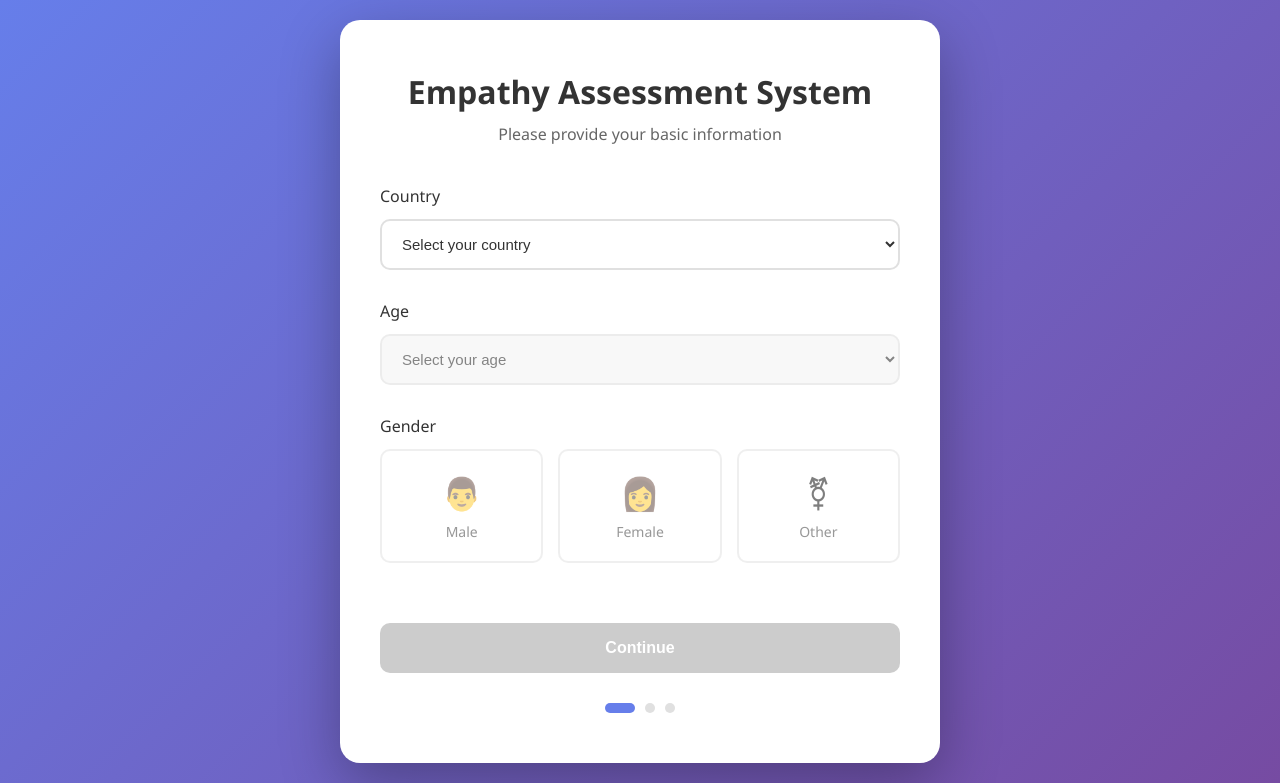
Repository: Matsuyou-Wang/MPES-system
Page: user-info.html
These files come from the project's save history. The page is drawn as it stood at one moment and after the next save; the edit follows.
The browser window is 1280 px wide. The pictures show the whole page.

Above is the page before, as saved 2025-11-25 13:15:09.

After the next save:
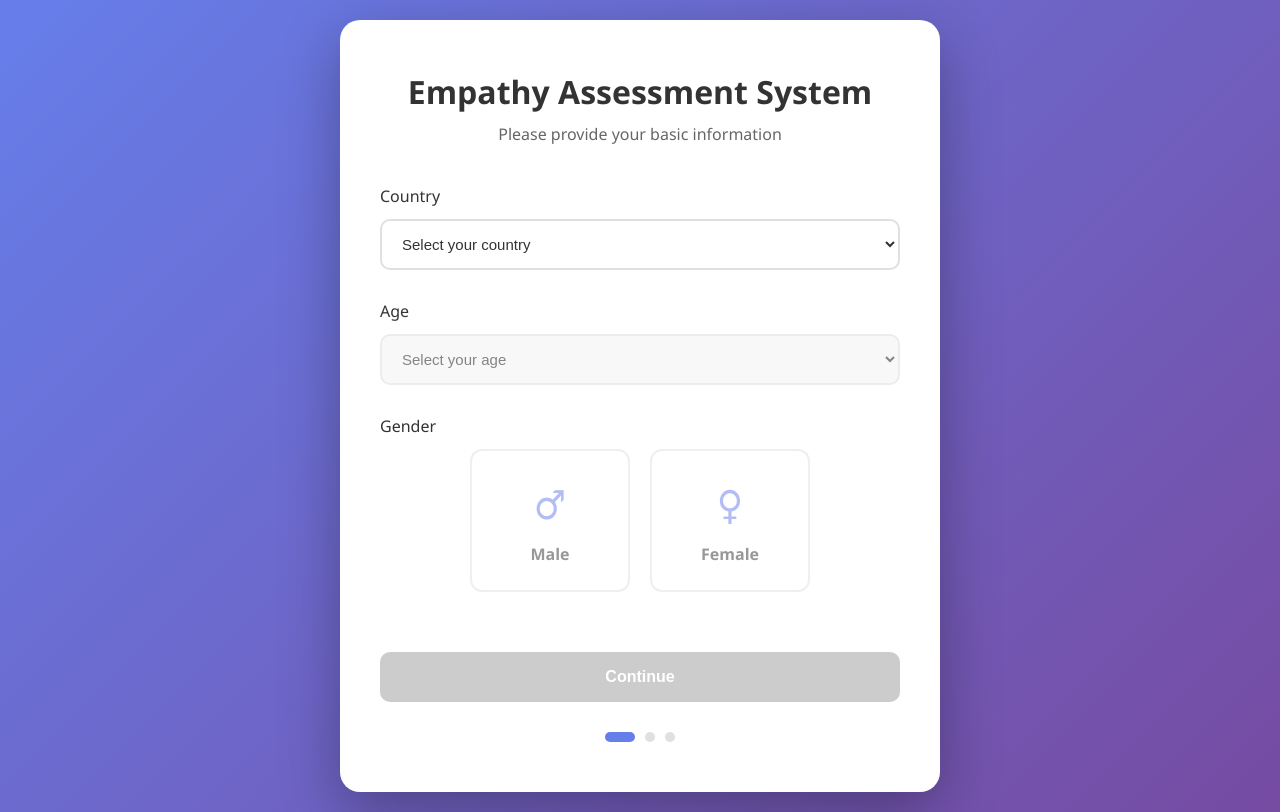
Saved 65 s later.
--- a/user-info.html
+++ b/user-info.html
@@ -139,15 +139,16 @@
 
         .gender-options {
             display: flex;
-            gap: 15px;
+            gap: 20px;
             justify-content: center;
             margin-top: 10px;
         }
 
         .gender-option {
             flex: 1;
-            padding: 20px 15px;
-            border-radius: 10px;
+            max-width: 160px;
+            padding: 25px 20px;
+            border-radius: 12px;
             text-align: center;
             cursor: pointer;
             transition: all 0.3s ease;
@@ -158,24 +159,33 @@
 
         .gender-option:hover {
             border-color: #667eea;
-            transform: translateY(-2px);
-            box-shadow: 0 5px 15px rgba(102, 126, 234, 0.2);
+            transform: translateY(-3px);
+            box-shadow: 0 8px 25px rgba(102, 126, 234, 0.15);
         }
 
         .gender-option.selected {
             border-color: #667eea;
-            background: linear-gradient(135deg, rgba(102, 126, 234, 0.1) 0%, rgba(118, 75, 162, 0.1) 100%);
+            background: linear-gradient(135deg, rgba(102, 126, 234, 0.08) 0%, rgba(118, 75, 162, 0.08) 100%);
+            box-shadow: 0 5px 20px rgba(102, 126, 234, 0.2);
+        }
+
+        .gender-option.disabled {
+            opacity: 0.5;
+            cursor: not-allowed;
+            pointer-events: none;
         }
 
         .gender-icon {
-            font-size: 32px;
-            margin-bottom: 8px;
+            font-size: 40px;
+            margin-bottom: 12px;
             display: block;
+            color: #667eea;
+            font-weight: bold;
         }
 
         .gender-title {
-            font-size: 14px;
-            font-weight: 500;
+            font-size: 16px;
+            font-weight: 600;
             color: #333;
         }
     </style>
@@ -306,16 +316,12 @@
                 <label for="gender">Gender</label>
                 <div class="gender-options">
                     <div class="gender-option" data-gender="male">
-                        <div class="gender-icon">👨</div>
+                        <div class="gender-icon">♂</div>
                         <div class="gender-title">Male</div>
                     </div>
                     <div class="gender-option" data-gender="female">
-                        <div class="gender-icon">👩</div>
+                        <div class="gender-icon">♀</div>
                         <div class="gender-title">Female</div>
-                    </div>
-                    <div class="gender-option" data-gender="other">
-                        <div class="gender-icon">⚧</div>
-                        <div class="gender-title">Other</div>
                     </div>
                 </div>
             </div>
